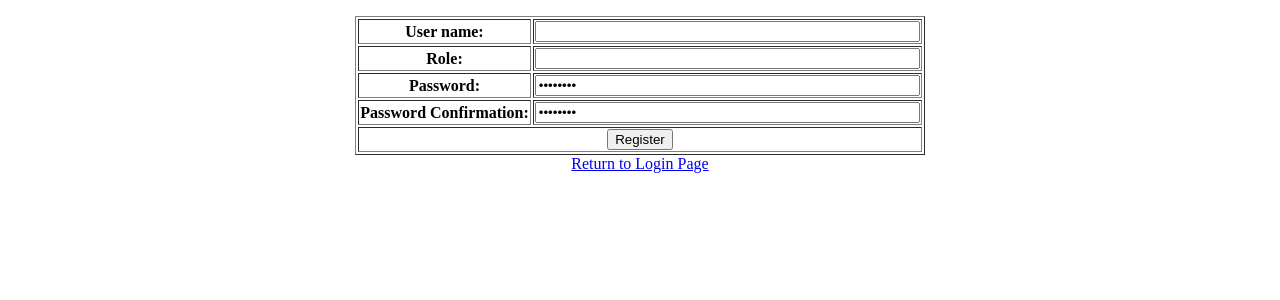
Repository: OmerMohammed123/datebase_project1
Page: http://localhost/database/
The author's editor kept a copy of each file at every save. The page is drawn from the files as they stood at one save, then again after the next save.
The browser window is 1280 px wide. The pictures show the whole page.
The page is served by Tomcat 9. Other server files are loaded and not shown.

Above is the page before, as saved 2023-10-26 01:54:41.

### database/WebContent/login.jsp
<%@ page language="java" contentType="text/html; charset=ISO-8859-1"
    pageEncoding="ISO-8859-1"%>
<!DOCTYPE html>
<html>
<head><title>Registration</title></head>
<body>
	<div align="center">
		<p> ${errorOne } </p>
		<p> ${errorTwo } </p>
		<form action="register">
			<table border="1">
				<tr>
					<th>User name: </th>
					<td align="center" colspan="3">
						<input type="text" name="username" size="45"  value="" onfocus="this.value=''">
					</td>
				</tr>
				<tr>
					<th>Role: </th>
					<td align="center" colspan="3">
						<input type="text" name="role" size="45"  value="" onfocus="this.value=''">
					</td>
				</tr>
				<tr>
					<th>Password: </th>
					<td align="center" colspan="3">
						<input type="password" name="password" size="45" value="password" onfocus="this.value=''">
					</td>
				</tr>
				<tr>
					<th>Password Confirmation: </th>
					<td align="center" colspan="3">
						<input type="password" name="confirmation" size="45" value="password" onfocus="this.value=''">
					</td>

				</tr>
				<tr>
					<td align="center" colspan="5">
						<input type="submit" value="Register"/>
					</td>
				</tr>
			</table>
			<a href="login.jsp" target="_self">Return to Login Page</a>
		</form>
	</div>
</body>

After the next save:
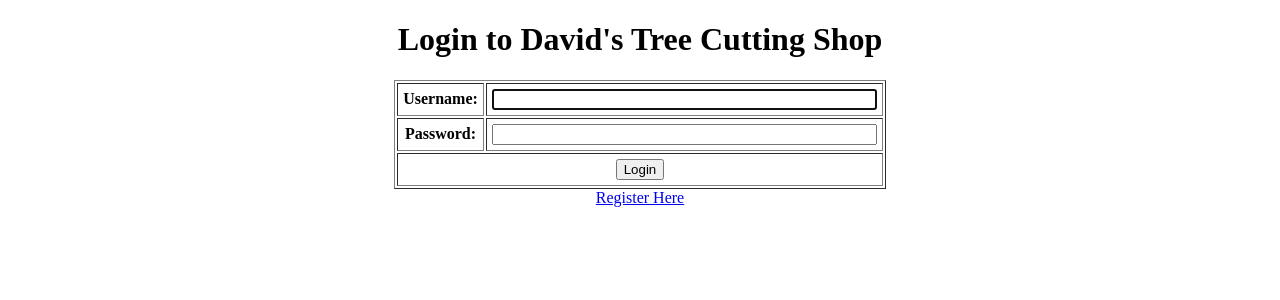
Saved 35 s later.
--- a/database/WebContent/login.jsp
+++ b/database/WebContent/login.jsp
@@ -2,45 +2,37 @@
     pageEncoding="ISO-8859-1"%>
 <!DOCTYPE html>
 <html>
-<head><title>Registration</title></head>
+<head>
+<meta charset="ISO-8859-1">
+<title>Initialize Database</title>
+</head>
 <body>
+ <center>	<h1> Login to David's Tree Cutting Shop </h1> </center>
+
 	<div align="center">
-		<p> ${errorOne } </p>
-		<p> ${errorTwo } </p>
-		<form action="register">
-			<table border="1">
+		<p> ${loginFailedStr} </p>
+		<form action="login" method="post">
+			<table border="1" cellpadding="5">
 				<tr>
-					<th>User name: </th>
-					<td align="center" colspan="3">
-						<input type="text" name="username" size="45"  value="" onfocus="this.value=''">
-					</td>
-				</tr>
-				<tr>
-					<th>Role: </th>
-					<td align="center" colspan="3">
-						<input type="text" name="role" size="45"  value="" onfocus="this.value=''">
+					<th>Username: </th>
+					<td>
+						<input type="text" name="username" size="45" autofocus>
 					</td>
 				</tr>
 				<tr>
 					<th>Password: </th>
-					<td align="center" colspan="3">
-						<input type="password" name="password" size="45" value="password" onfocus="this.value=''">
+					<td>
+						<input type="password" name="password" size="45">
 					</td>
 				</tr>
 				<tr>
-					<th>Password Confirmation: </th>
-					<td align="center" colspan="3">
-						<input type="password" name="confirmation" size="45" value="password" onfocus="this.value=''">
-					</td>
-
-				</tr>
-				<tr>
-					<td align="center" colspan="5">
-						<input type="submit" value="Register"/>
+					<td colspan="2" align="center">
+						<input type="submit" value="Login"/>
 					</td>
 				</tr>
 			</table>
-			<a href="login.jsp" target="_self">Return to Login Page</a>
+			<a href="register.jsp" target="_self">Register Here</a>
 		</form>
 	</div>
 </body>
+</html>
